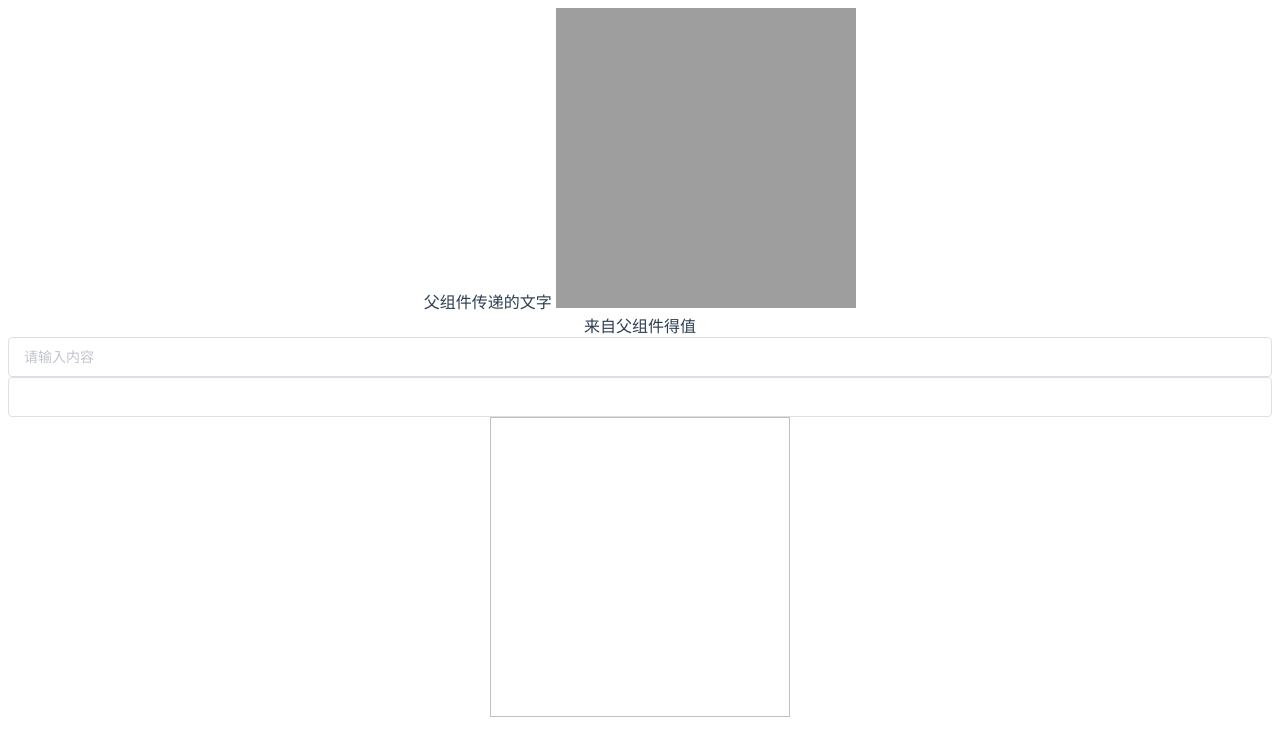
Repository: chang-meng-yun/vue_project
Page: /
These files come from the project's save history. The page is drawn as it stood at one moment and after the next save; the edit follows.
The browser window is 1280 px wide. The pictures show the whole page.
Pictures or frames that could not be fetched are drawn as grey boxes. The project was rebuilt for these pictures with package versions that can differ from the ones it lists, and the page was loaded fresh each time. Also part of the build but not shown: vue.config.js, src/VBindStudy.vue, src/HomeWork.vue, src/views/reHome.vue, src/FromFrame.vue, src/prents.vue, src/components/HelloWorld.vue, src/views/HomeView.vue.

Above is the page before, as saved 2024-06-27 15:04:11.

After the next save:
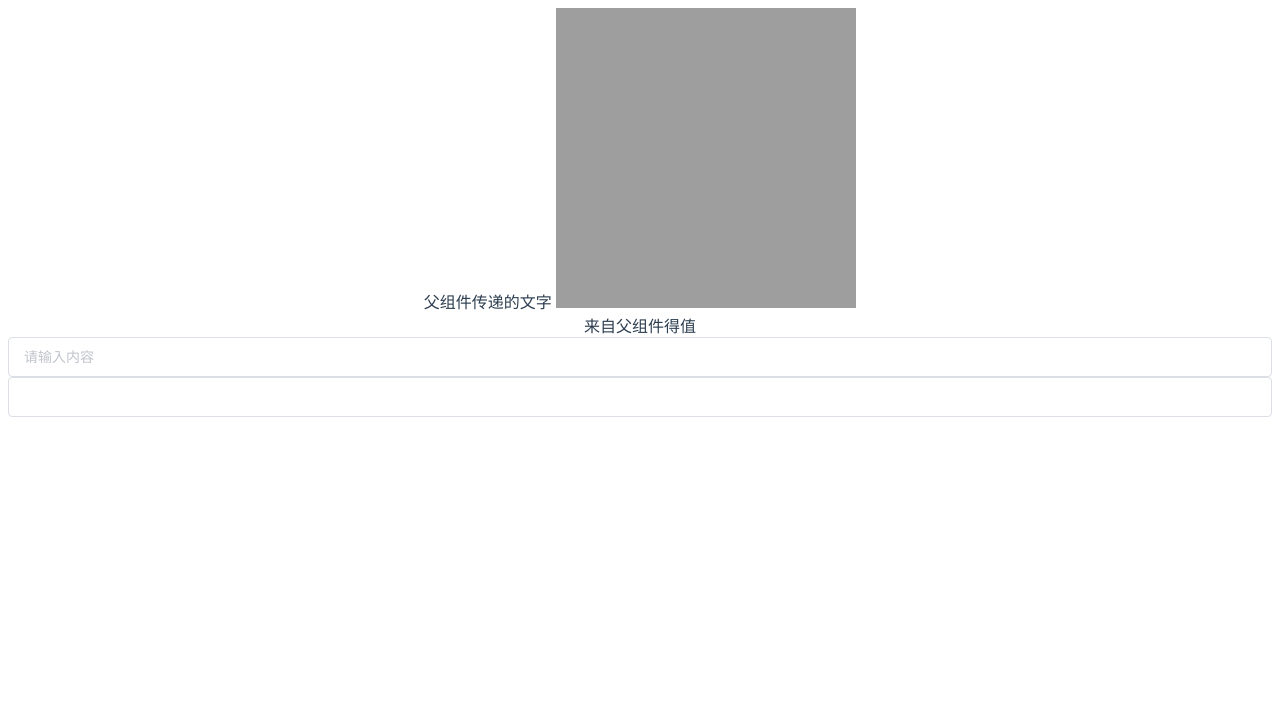
Saved 7 s later.
--- a/src/views/son.vue
+++ b/src/views/son.vue
@@ -3,7 +3,6 @@
         <div>
          <el-input v-model="username" placeholder="请输入内容"></el-input>
          <el-input type="success" @click="sub()">提交数据</el-input>
-         <img :src="mysrc" height="300px" width="300px">
         </div>
     </div>
 </template>
